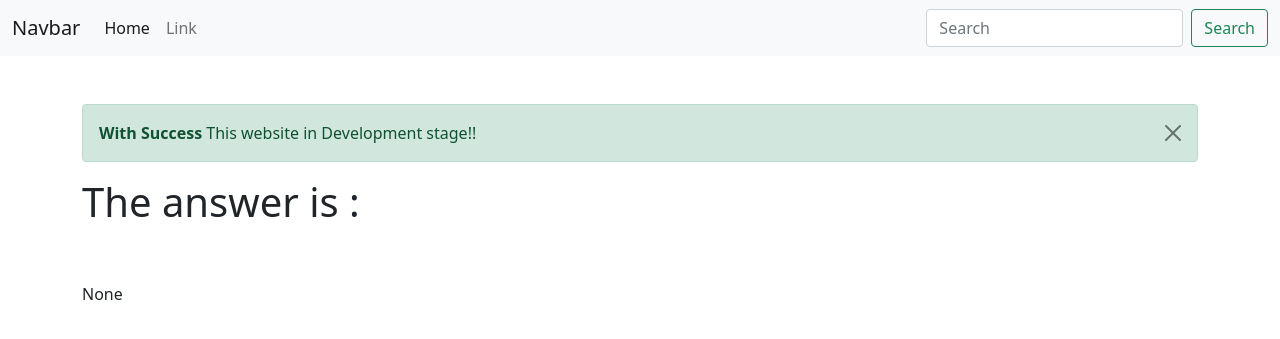
Repository: thenameisshreyank/Textutility
Page: http://localhost/analyze/
These files come from the project's save history. The page is drawn as it stood at one moment and after the next save; the edit follows.
The browser window is 1280 px wide. The pictures show the whole page.
The page is served by the project's application, run on Django 4.2 (manage.py).

Above is the page before, as saved 2022-04-15 11:09:34.

After the next save:
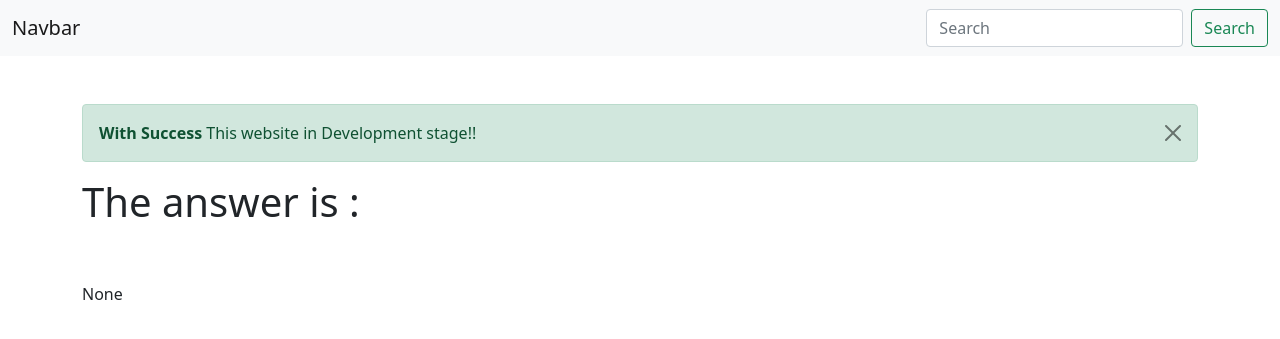
Saved 13 s later.
--- a/templates/analyze.html
+++ b/templates/analyze.html
@@ -16,12 +16,8 @@
           </button>
           <div class="collapse navbar-collapse" id="navbarSupportedContent">
             <ul class="navbar-nav me-auto mb-2 mb-lg-0">
-              <li class="nav-item">
-                <a class="nav-link active" aria-current="page" href="#">Home</a>
-              </li>
-              <li class="nav-item">
-                <a class="nav-link" href="#">Link</a>
-              </li>
+
+
 
 
             </ul>
